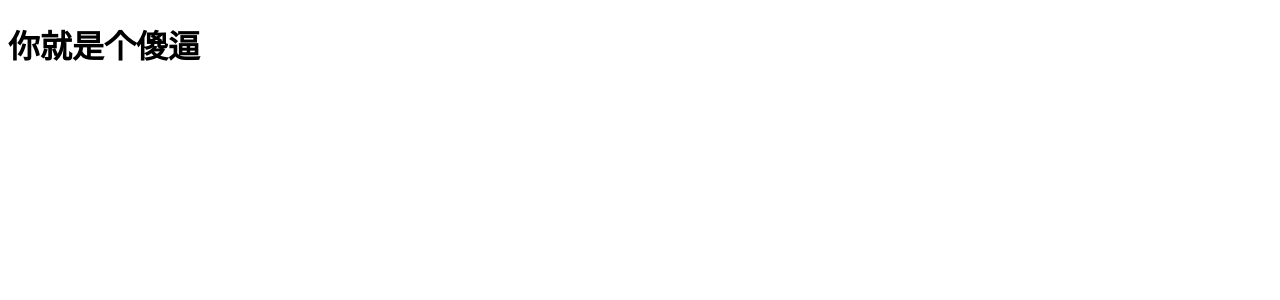
Repository: EthanZmr/myCode
Page: http://localhost/filter_demo/a.jsp
The author's editor kept a copy of each file at every save. The page is drawn from the files as they stood at one save, then again after the next save.
The browser window is 1280 px wide. The pictures show the whole page.
The page is served by Tomcat 9. Other server files are loaded and not shown.

Above is the page before, as saved 2018-12-19 19:59:58.

### filter_demo/WebContent/a.jsp
<%@ page language="java" contentType="text/html; charset=UTF-8"
    pageEncoding="UTF-8"%>
 <%@ taglib prefix="c" uri="http://java.sun.com/jsp/jstl/core" %>
<!DOCTYPE html>
<html>
<head>
<meta charset="UTF-8">
<title>Insert title here</title>
</head>
<body>
<h1>你就是个傻逼</h1>
<a href=""></a>
</body>
</html>

After the next save:
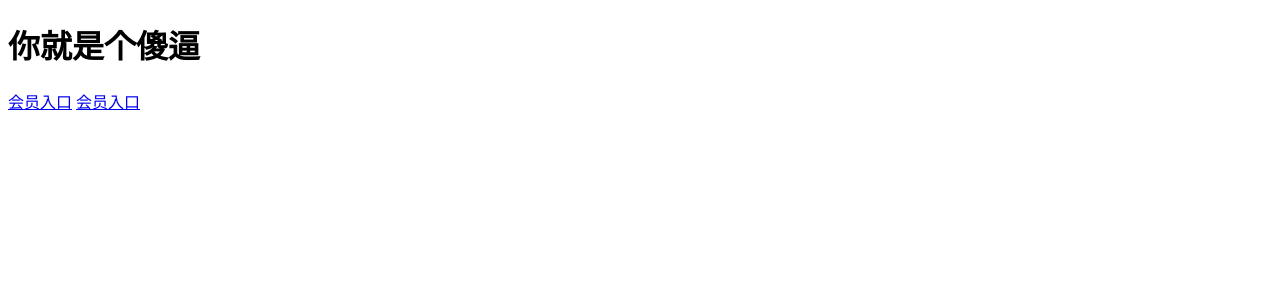
Saved 41 s later.
--- a/filter_demo/WebContent/a.jsp
+++ b/filter_demo/WebContent/a.jsp
@@ -9,6 +9,7 @@
 </head>
 <body>
 <h1>你就是个傻逼</h1>
-<a href=""></a>
+<a href="<c:url value='/users/u.jsp'/>">会员入口</a>
+<a href="<c:url value='/admin/a.jsp'/>">会员入口</a>
 </body>
 </html>
